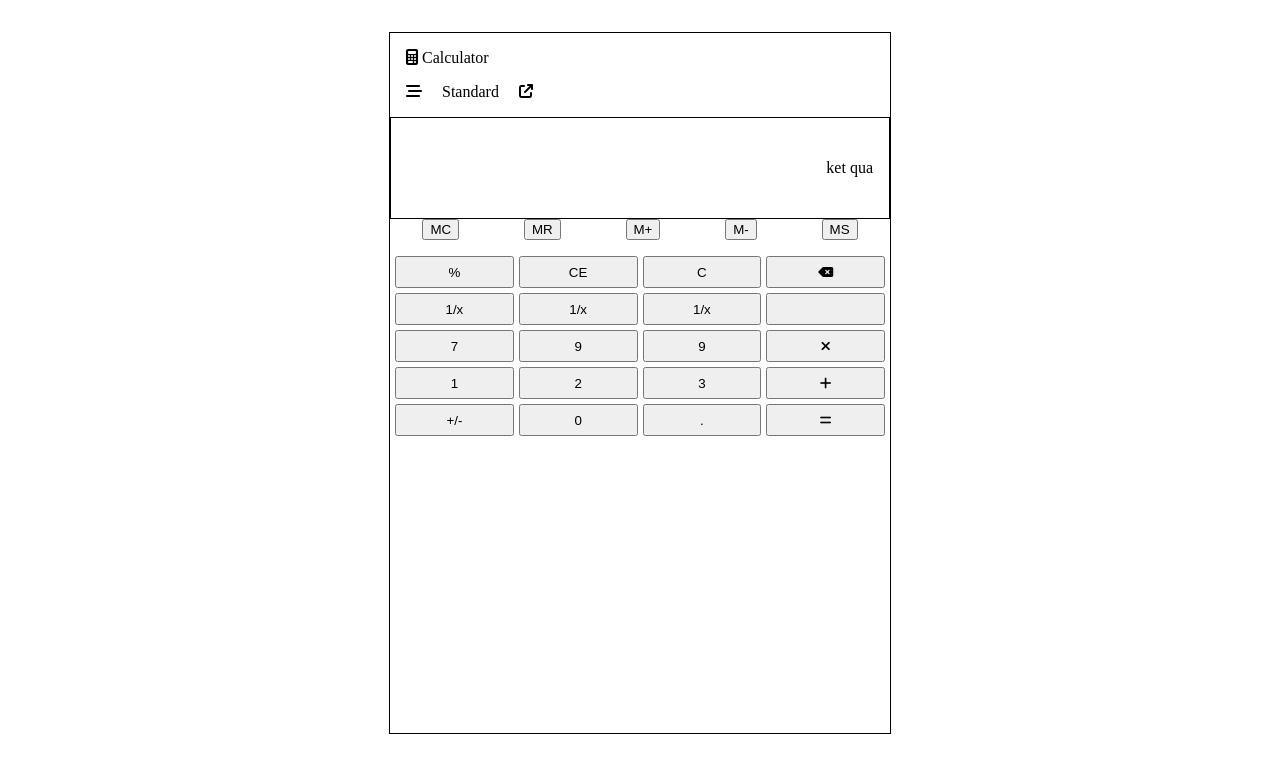
Repository: tungts3qb/Javascript
Page: Calculator/Calculator.html
These files come from the project's save history. The page is drawn as it stood at one moment and after the next save; the edit follows.
The browser window is 1280 px wide. The pictures show the whole page.

Above is the page before, as saved 2022-12-26 16:49:56.

### Calculator/Calculator.html
<!DOCTYPE html>
<html lang="en">
  <head>
    <meta charset="UTF-8" />
    <meta http-equiv="X-UA-Compatible" content="IE=edge" />
    <meta name="viewport" content="width=device-width, initial-scale=1.0" />
    <link rel="stylesheet" href="./style.css" />
    <link
      rel="stylesheet"
      href="https://cdnjs.cloudflare.com/ajax/libs/font-awesome/6.2.1/css/all.min.css"
      integrity="sha512-MV7K8+y+gLIBoVD59lQIYicR65iaqukzvf/nwasF0nqhPay5w/9lJmVM2hMDcnK1OnMGCdVK+iQrJ7lzPJQd1w=="
      crossorigin="anonymous"
      referrerpolicy="no-referrer"
    />
    <title>Calculator</title>
  </head>
  <body>
    <div class="calculator">
      <div class="calculator-header">
        <i class="fa-solid fa-calculator"></i>
        <span>Calculator</span>
      </div>
      <div class="calculator-nav">
        <i class="fa-solid fa-bars-staggered"></i>
        <span>Standard</span>
        <i class="fa-solid fa-arrow-up-right-from-square"></i>
      </div>
      <div class="caculator-result"><span>ket qua</span></div>
      <div class="calculator-special-function">
        <ul>
          <li><button class="btn-special-fun">MC</button></li>
          <li><button class="btn-special-fun">MR</button></li>
          <li><button class="btn-special-fun">M+</button></li>
          <li><button class="btn-special-fun">M-</button></li>
          <li><button class="btn-special-fun">MS</button></li>
        </ul>
      </div>
      <div class="calculator-buttons">
        <button class="calculator-button">%</button>
        <button class="calculator-button">CE</button>
        <button class="calculator-button">C</button>
        <button class="calculator-button">
          <i class="fa-solid fa-delete-left"></i>
        </button>
        <button class="calculator-button">1/x</button>
        <button class="calculator-button">1/x</button>
        <button class="calculator-button">1/x</button>
        <button class="calculator-button">
          <i class="fas fa-buttonide"></i>
        </button>
        <button class="calculator-button">7</button>
        <button class="calculator-button">9</button>
        <button class="calculator-button">9</button>
        <button class="calculator-button"><i class="fas fa-times"></i></button>
        <button class="calculator-button">1</button>
        <button class="calculator-button">2</button>
        <button class="calculator-button">3</button>
        <button class="calculator-button"><i class="fas fa-plus"></i></button>
        <button class="calculator-button">+/-</button>
        <button class="calculator-button">0</button>
        <button class="calculator-button">.</button>
        <button class="calculator-button"><i class="fas fa-equals"></i></button>
      </div>
    </div>
    <script src="./script.js"></script>
  </body>
</html>

### Calculator/style.css
.calculator {
  width: 500px;
  height: 700px;
  border: 1px solid black;
  margin: 2rem auto;
}

.calculator-header {
  margin-top: 1rem;
  padding-left: 1rem;
}

.calculator-nav {
  padding-left: 1rem;
  margin-top: 1rem;
}

.calculator-nav span {
  margin-left: 1rem;
  margin-right: 1rem;
}

.caculator-result {
  border: 1px solid black;
  margin-top: 1rem;
  height: 100px;
  display: flex;
  justify-content: flex-end;
  align-items: center;
}

.caculator-result span {
  display: block;
  margin-right: 1rem;
}

.calculator-special-function ul {
  width: 100%;
  padding-left: 0;
  list-style: none;
  display: flex;
  margin-top: 0;
  justify-content: space-around;
  align-items: center;
  margin-left: 0;
}

.calculator-special-function li {
  margin-left: 0;
}

/* .btn-special-fun {
  width: 5rem;
  height: 2rem;
} */

.calculator-buttons {
  display: grid;
  grid-template-columns: repeat(4, 1fr);
  grid-column-gap: 5px;
  grid-row-gap: 5px;
  padding-left: 5px;
  padding-right: 5px;
}

.calculator-button {
  height: 2rem;
}

Loaded but not shown: Calculator/script.js (no stored copy; drawn as an empty file)

After the next save:
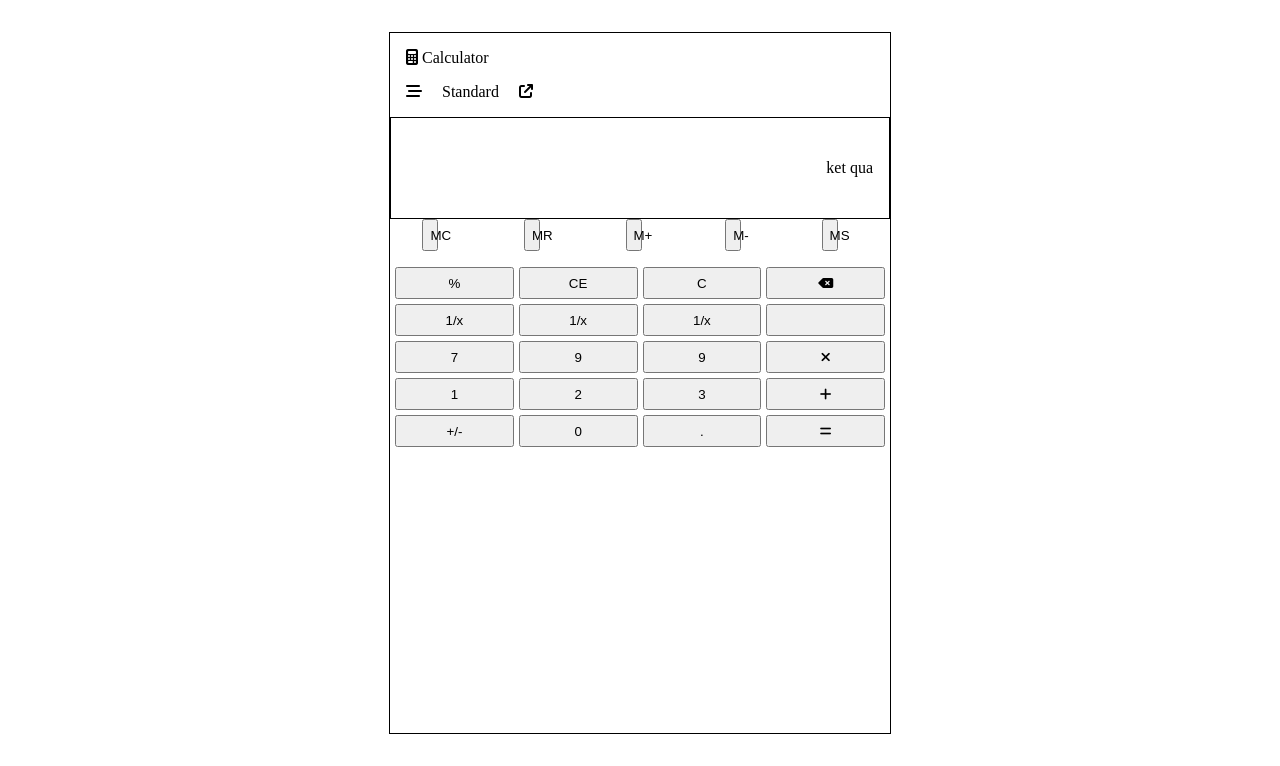
Saved 18 s later.
--- a/Calculator/style.css
+++ b/Calculator/style.css
@@ -49,10 +49,10 @@
   margin-left: 0;
 }
 
-/* .btn-special-fun {
-  width: 5rem;
+.btn-special-fun {
+  width: calc(100% / 4);
   height: 2rem;
-} */
+}
 
 .calculator-buttons {
   display: grid;

After the save that followed:
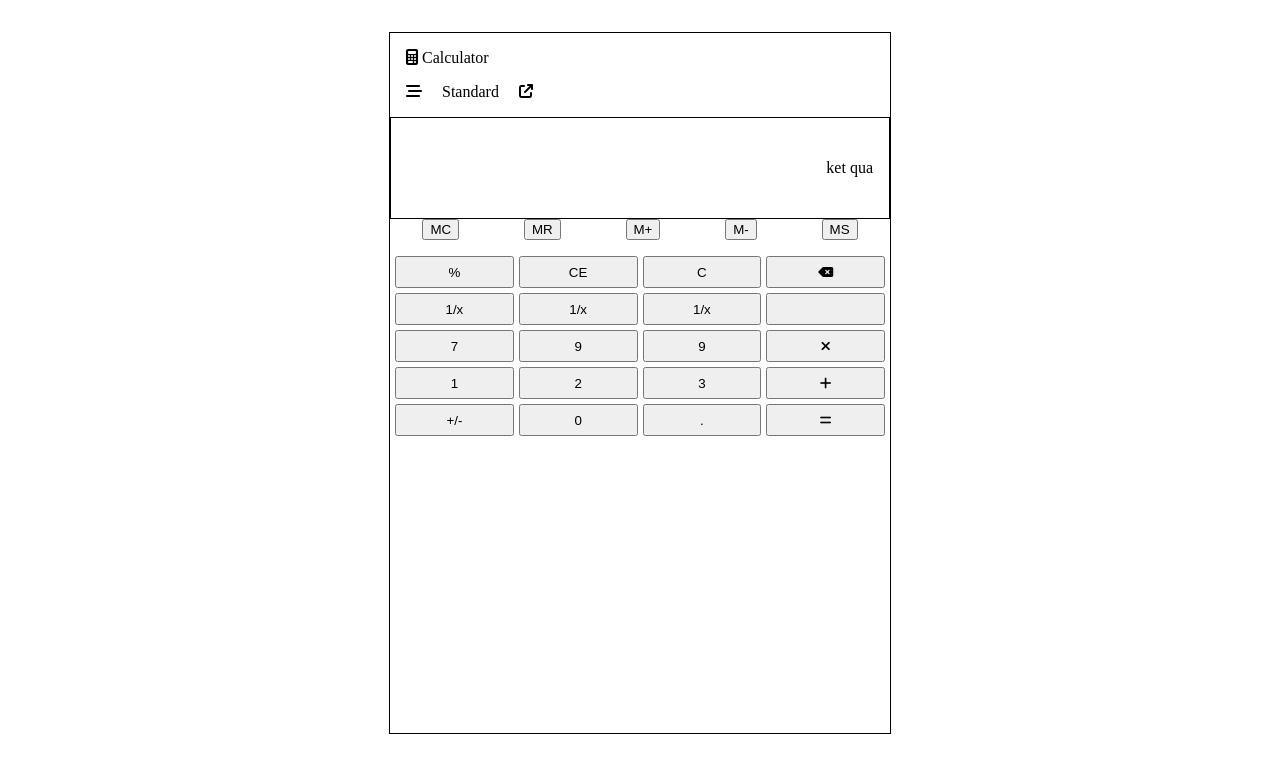
Saved 30 s later.
--- a/Calculator/style.css
+++ b/Calculator/style.css
@@ -50,7 +50,7 @@
 }
 
 .btn-special-fun {
-  width: calc(100% / 4);
+  width:
   height: 2rem;
 }
 
